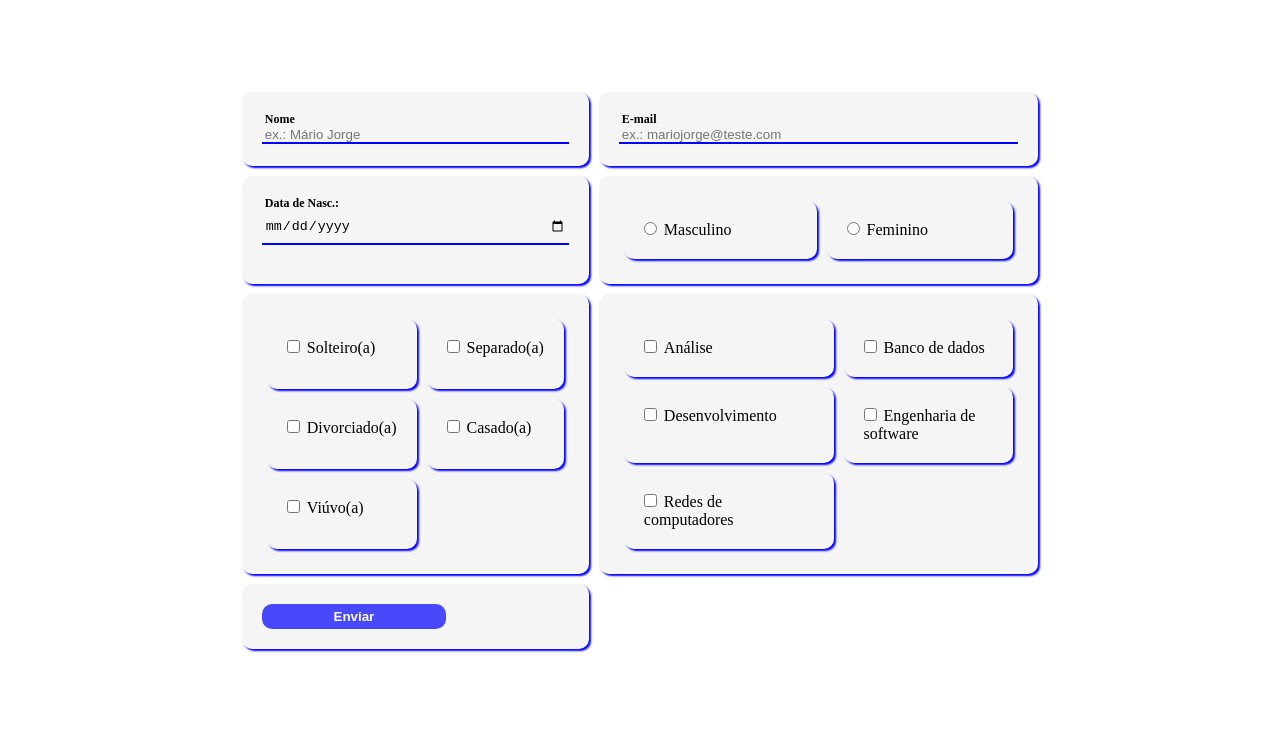
Repository: mjRibeiroTriscal/UVA_Projects
Page: Proj_A1_AVA2_2020_1/index.html
An editor plug-in stored every save of this project. The page is shown before and after the next save, followed by the edit.
The browser window is 1280 px wide. The pictures show the whole page.

Above is the page before, as saved 2020-03-13 14:14:31.

### Proj_A1_AVA2_2020_1/index.html
<!--
*   @project     A1_AVA2_UVA_2020_1
*   @author      Mário Jorge (mariojgmaster@yahoo.com.br)
*   @Git         MJRibeiroTriscal (https://github.com/mjRibeiroTriscal)
-->

<html>

<head>
    <meta charset="UTF-8">
    <title>Tell Me About You</title>
    <!-- <link rel="icon" href="./favicon.png" sizes="16x16 32x32" type="image/png"> -->
    <script src="./script.js"></script>
    <link rel="stylesheet" href="./style.css" />
</head>

<body>
    <div id="container">

        <header>

        </header>

        <section>

            <form class="gridContainer" name="formUva" action="http://google.co">

                <div class="gridItem">
                    <label for="nome" class="labelFirst">Nome</label>
                    <input id="nome" type="text" name="nome" placeholder="ex.: Mário Jorge" />
                </div>
                <div class="gridItem">
                    <label for="email" class="labelFirst">E-mail</label>
                    <input id="email" type="text" name="email" placeholder="ex.: mariojorge@teste.com" />
                </div>

                <div class="gridItem">
                    <label for="dataNasc" class="labelFirst">Data de Nasc.:</label>
                    <input id="dataNasc" type="date" name="dataNasc" />
                </div>

                <div class="gridItem gridContainer">
                    <div class="gridItem">
                        <input id="masc" type="radio" name="masc" />
                        <label for="masc">Masculino</label>
                    </div>
                    <div class="gridItem">
                        <input id="fem" type="radio" name="fem" />
                        <label for="fem">Feminino</label>
                    </div>
                </div>

                <div class="gridItem gridContainer">
                    <div class="gridItem">
                        <input id="solteiro" type="checkbox" name="estCivil" />
                        <label for="solteiro">Solteiro(a)</label>
                    </div>
                    <div class="gridItem">
                        <input id="separado" type="checkbox" name="estCivil" />
                        <label for="separado">Separado(a)</label>
                    </div>
                    <div class="gridItem">
                        <input id="divorciado" type="checkbox" name="estCivil" />
                        <label for="divorciado">Divorciado(a)</label>
                    </div>
                    <div class="gridItem">
                        <input id="casado" type="checkbox" name="estCivil" />
                        <label for="casado">Casado(a)</label>
                    </div>
                    <div class="gridItem">
                        <input id="viuvo" type="checkbox" name="estCivil" />
                        <label for="viuvo">Viúvo(a)</label>
                    </div>
                </div>

                <div class="gridItem gridContainer">
                    <div class="gridItem">
                        <input id="analise" type="checkbox" name="analise" />
                        <label for="analise">Análise</label>
                    </div>
                    <div class="gridItem">
                        <input id="bancoDados" type="checkbox" name="bancoDados" />
                        <label for="bancoDados">Banco de dados</label>
                    </div>
                    <div class="gridItem">
                        <input id="desenvolvimento" type="checkbox" name="desenvolvimento" />
                        <label for="desenvolvimento">Desenvolvimento</label>
                    </div>
                    <div class="gridItem">
                        <input id="engenhariaSoftware" type="checkbox" name="engenhariaSoftware" />
                        <label for="engenhariaSoftware">Engenharia de software</label>
                    </div>
                    <div class="gridItem">
                        <input id="redesComputadores" type="checkbox" name="redesComputadores" />
                        <label for="redesComputadores">Redes de computadores</label>
                    </div>
                </div>

                <div class="gridItem itemFlex">
                    <input type="submit" value="Enviar">
                </div>

            </form>

        </section>

        <footer>

        </footer>

</body>

</html>

### Proj_A1_AVA2_2020_1/script.js
/*
 *   @project     A1_AVA2_UVA_2020_1
 *   @author      Mário Jorge (mariojgmaster@yahoo.com.br)
 *   @Git         MJRibeiroTriscal (https://github.com/mjRibeiroTriscal)
 */

### Proj_A1_AVA2_2020_1/style.css
/*
 *   @project     A1_AVA2_UVA_2020_1
 *   @author      Mário Jorge (mariojgmaster@yahoo.com.br)
 *   @Git         MJRibeiroTriscal (https://github.com/mjRibeiroTriscal)
 */

* {
    margin: 0px;
    padding: 0px;
}

html,
body {
    width: 100%;
    height: 100%;
}

#container {
    padding: 10px;
    display: flex;
    align-items: center;
    justify-content: center;
    height: 100%;
}

section {
    width: 80%;
    display: flex;
    align-items: center;
    justify-content: center;
}

section form.gridContainer {
    width: 80%;
}

label.labelFirst {
    font-size: 12px;
    font-weight: bold;
}

label {
    margin-left: 3px;
}

input {
    border: none;
    outline: none;
    box-shadow: 0;
}

input[type=text],
input[type=date] {
    width: 100%;
    height: 50%;
    padding: 1px 3px;
    border-bottom: 2px solid Blue;
    background: none;
}

input[type=submit] {
    width: 60%;
    height: 100%;
    padding: 5px;
    color: #FFF;
    font-weight: bold;
    background-color: rgba(0, 0, 255, 0.7);
    border-radius: 10px;
}

input[type=submit]:active {
    background-color: rgba(0, 0, 255, 0.9);
}

.gridContainer {
    display: grid;
    /* border: 1px solid red; */
    grid-template-columns: auto auto;
}

.gridItem {
    padding: 20px;
    background-color: rgb(245, 245, 245);
    margin: 5px;
    border-radius: 10px;
    box-shadow: 2px 2px 2px blue;
}

After the next save:
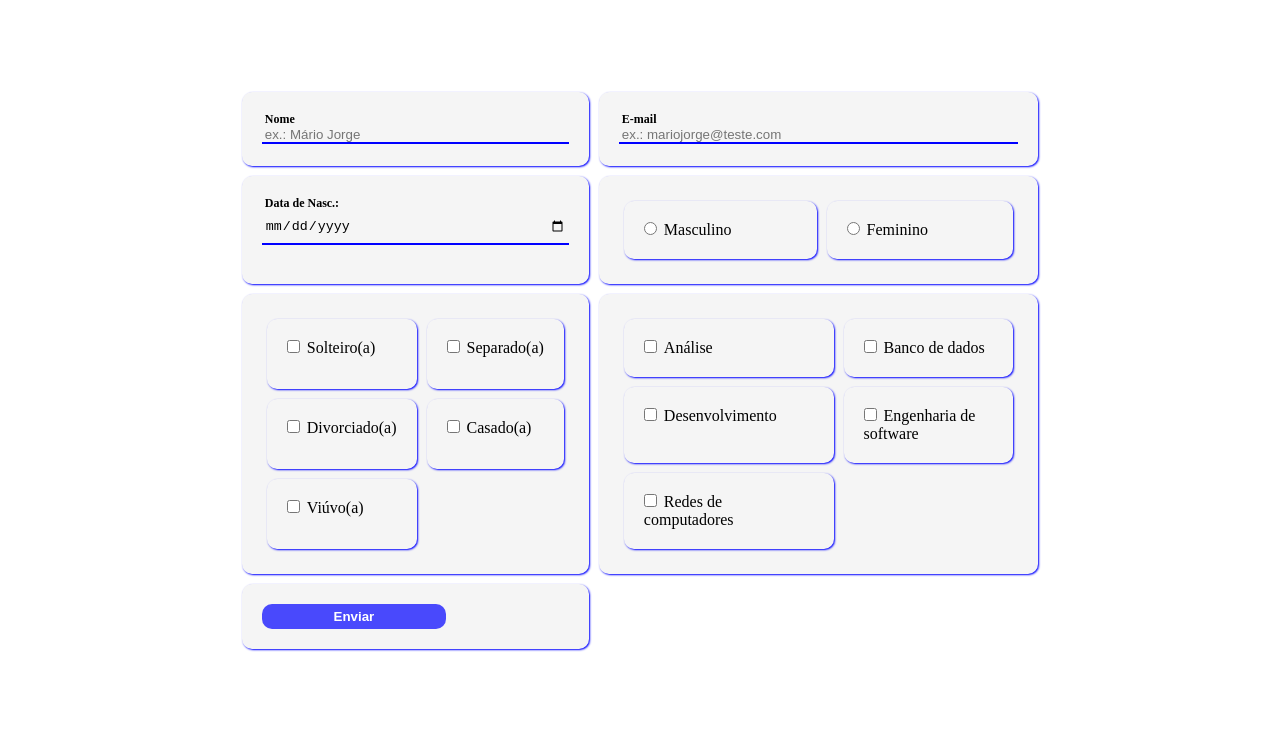
Saved 10 s later.
--- a/Proj_A1_AVA2_2020_1/style.css
+++ b/Proj_A1_AVA2_2020_1/style.css
@@ -83,5 +83,5 @@ input[type=submit]:active {
     background-color: rgb(245, 245, 245);
     margin: 5px;
     border-radius: 10px;
-    box-shadow: 2px 2px 2px blue;
+    box-shadow: 1px 1px 2px blue;
 }
